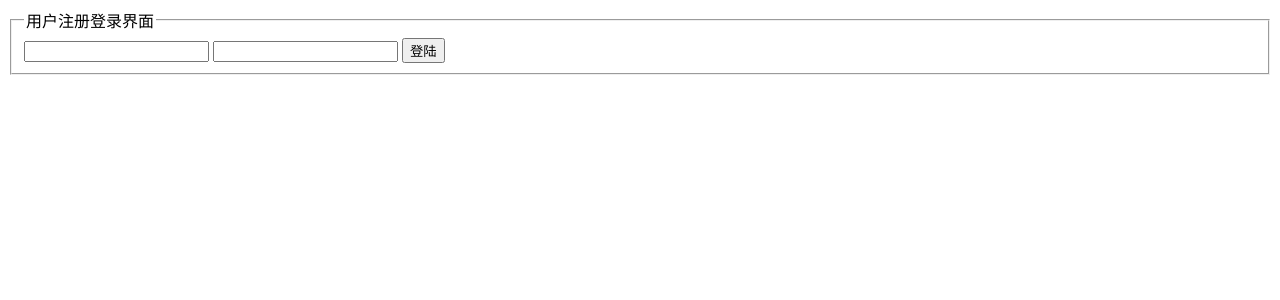
Repository: 420112677/SpringMVC
Page: http://localhost/SpringMVCTeset/success.jsp
The author's editor kept a copy of each file at every save. The page is drawn from the files as they stood at one save, then again after the next save.
The browser window is 1280 px wide. The pictures show the whole page.
The page is served by Tomcat 9. Other server files are loaded and not shown.

Above is the page before, as saved 2019-02-14 13:34:22.

### SpringMVCTeset/src/main/webapp/success.jsp
<%@ page language="java" contentType="text/html; charset=utf-8"
    pageEncoding="utf-8"%>
<!DOCTYPE html PUBLIC "-//W3C//DTD HTML 4.01 Transitional//EN" "http://www.w3.org/TR/html4/loose.dtd">
<html>
<head>
<meta http-equiv="Content-Type" content="text/html; charset=utf-8">
<title>Insert title here</title>
</head>
<body>
	<fieldset>
		<legend>用户注册登录界面</legend>
		<form action="/login" method="post">
			<input name="id" type="text"></input>
			<input name="password" type="password"></input>
			<button>登陆</button>
		</form>
	</fieldset>
</body>
</html>

After the next save:
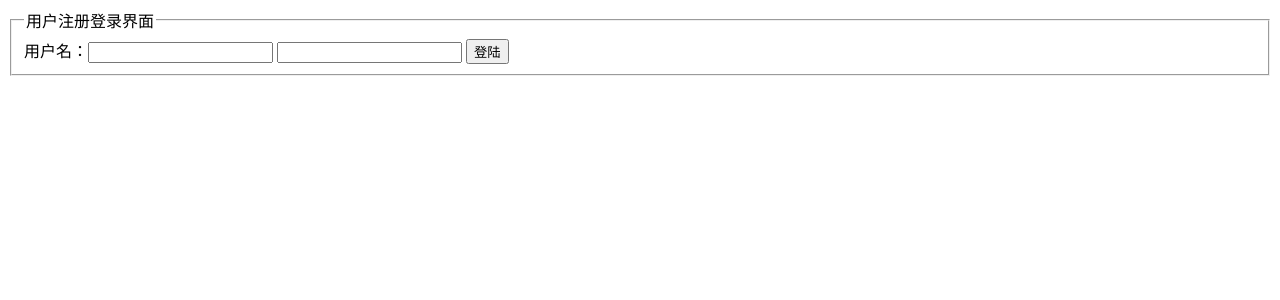
Saved 24 s later.
--- a/SpringMVCTeset/src/main/webapp/success.jsp
+++ b/SpringMVCTeset/src/main/webapp/success.jsp
@@ -10,7 +10,7 @@
 	<fieldset>
 		<legend>用户注册登录界面</legend>
 		<form action="/login" method="post">
-			<input name="id" type="text"></input>
+			用户名：<input name="id" type="text"></input>
 			<input name="password" type="password"></input>
 			<button>登陆</button>
 		</form>
